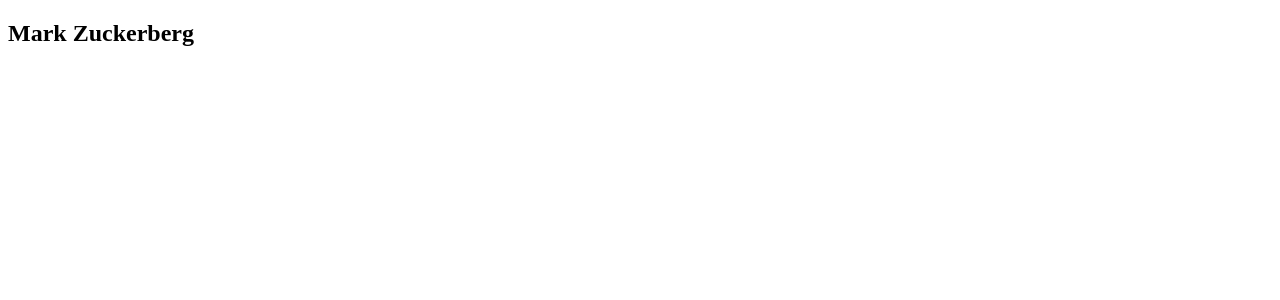
Repository: tomoliveira1/aluraconf
Page: profile.html
An editor plug-in stored every save of this project. The page is shown before and after the next save, followed by the edit.
The browser window is 1280 px wide. The pictures show the whole page.

Above is the page before, as saved 2021-10-15 00:05:47.

After the next save:
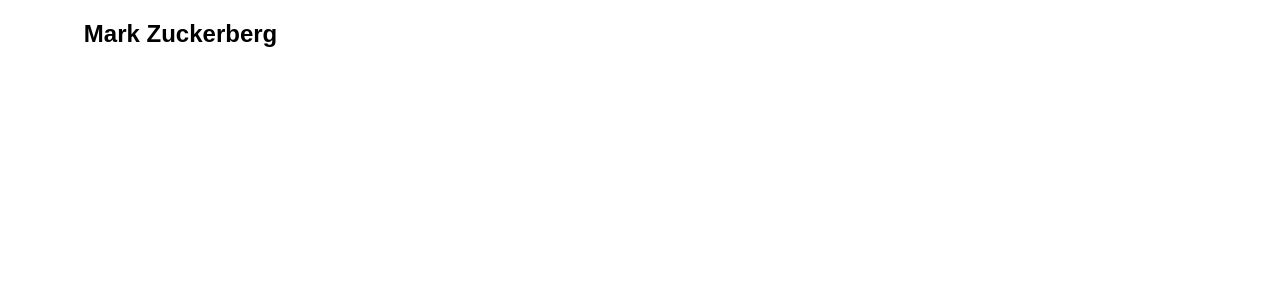
Saved 24 s later.
--- a/profile.html
+++ b/profile.html
@@ -5,6 +5,8 @@
     <meta http-equiv="X-UA-Compatible" content="IE=edge" />
     <meta name="viewport" content="width=device-width, initial-scale=1.0" />
     <title>AluraConf | Profile</title>
+
+    <link rel="stylesheet" href="aluraconf/css/base.css">
   </head>
   <body>
     <main>
